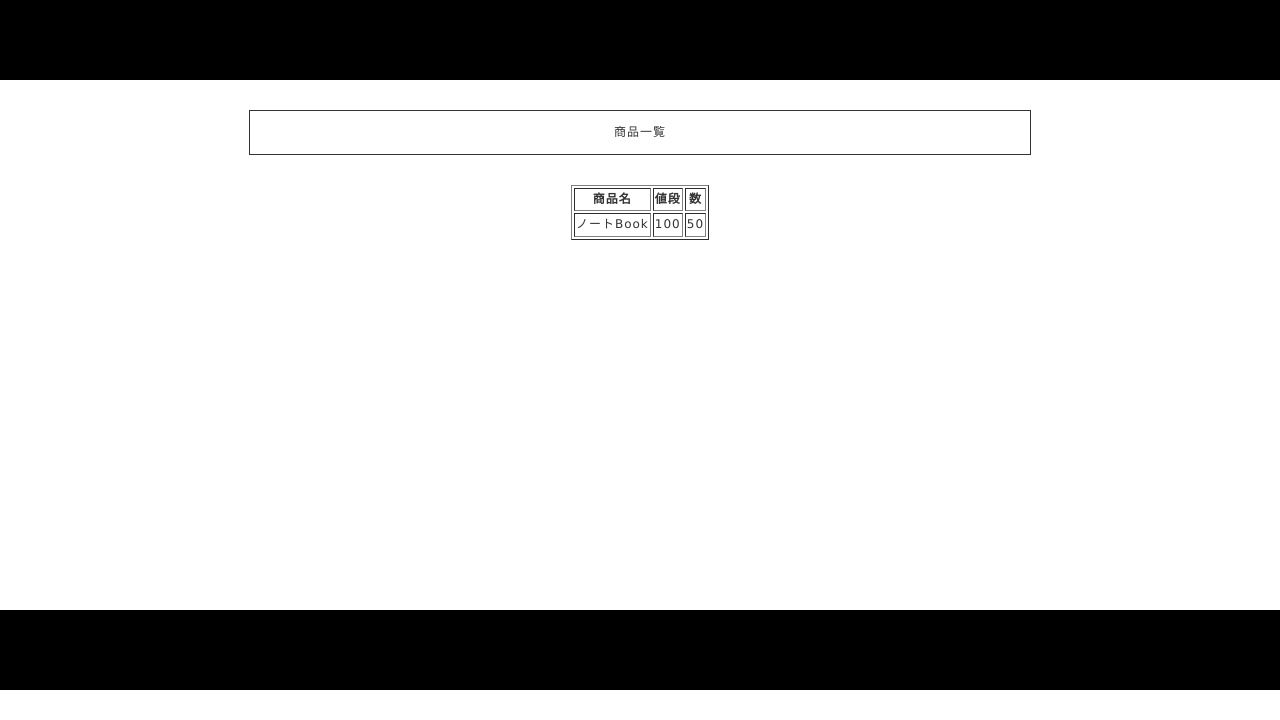
Repository: kazuki000/test
Page: http://localhost/ecsite/ItemListAction.action
An editor plug-in stored every save of this project. The page is shown before and after the next save, followed by the edit.
The browser window is 1280 px wide. The pictures show the whole page.
The page is served by Tomcat 9. Other server files are loaded and not shown. The database holds what the project's SQL file puts in it.

Above is the page before, as saved 2019-05-03 11:46:20.

### ecsite/WebContent/itemList.jsp
<%@ page language="java" contentType="text/html; charset=UTF-8"
    pageEncoding="UTF-8"%>
<%@ taglib prefix="s" uri="/struts-tags"%>
<!DOCTYPE html PUBLIC "-//W3C//DTD HTML 4.01 Transitional//EN" "http://www.w3.org/TR/html4/loose.dtd">
<html>
<head>
	<meta http-equiv="Content-Type" content="text/html; charset=UTF-8">
	<meta http-equiv="Content-Style-Type" content="text/css"/>
	<meta http-equiv="Content-Script-Type" content="text/javascript"/>
	<meta http-equiv="imagetoolbar" content="no"/>
	<meta http-equiv="description" content=""/>
	<meta http-equiv="keywords" content=""/>
	<title>Insert title here</title>

	<style type="text/css">

	body{
		margin:0;
		padding:0;
		line-height:1.6;
		letter-spacing:1px;
		font-family:Verdana,Helvetica,sans-serif;
		font-size:12px;
		color:#333;
		backgroun:#fff;
	}

	table{
		text-align:center;
		margin:0 auto;
	}

	#top{
		width:780px;
		margin:30px auto;
		border:1px solid #333;
	}

	#header{
		widht:100%;
		height:80px;
		background-color:black;
	}

	#main{
		width:100%;
		height:500px;
		text-align:center;
	}

	#footer{
		width:100%;
		height:80px;
		background-color:black;
	}

	</style>

</head>
<body>
	<div id="header">
			<div id="pr">
			</div>
	</div>
	<div id="main">
			<div id="top">
					<p>商品一覧</p>
			</div>
			<div>
				<table border="1">
						<tr>
							<th>商品名</th>
							<th>値段</th>
							<th>数</th>
						</tr>
						<s:iterator value="itemInfoDTO">
							<tr>
								<td><s:property value="itemName"/></td>
								<td><s:property value="itemPrice"/></td>
								<td><s:property value="itemStock"/></td>
							</tr>
						</s:iterator>
					</table>
				</div>
			</div>
			<div id="footer">
					<div id="pr">
					</div>
			</div>


</body>
</html>

### ecsite/src/com/internousdev/ecsite/dto/ItemInfoDTO.java
package com.internousdev.ecsite.dto;

public class ItemInfoDTO {

	private String itemName;
	private String itemPrice;
	private String itemStock;

	public String getItemName(){
		return itemName;
	}

	public void setItemName(String itemName){
		this.itemName=itemName;
	}

	public String getItemPrice(){
		return itemPrice;
	}

	public void setItemPrice(String itemPrice){
		this.itemPrice=itemPrice;
	}

	public String getItemStock(){
		return itemStock;
	}

	public void setItemStock(String itemStock){
		this.itemStock=itemStock;
	}


}

### ecsite/src/com/internousdev/ecsite/dao/ItemListDAO.java
package com.internousdev.ecsite.dao;

import java.sql.Connection;
import java.sql.PreparedStatement;
import java.sql.ResultSet;
import java.sql.SQLException;
import java.util.ArrayList;

import com.internousdev.ecsite.dto.ItemInfoDTO;
import com.internousdev.ecsite.util.DBConnector;


public class ItemListDAO {

	ArrayList<ItemInfoDTO> itemInfoDTO=new ArrayList<ItemInfoDTO>();

	DBConnector dbconnector=new DBConnector();
	Connection connection=dbconnector.getConnection();

	public ArrayList<ItemInfoDTO> getItemInfo() throws SQLException{

	String sql="SELECT * FROM item_info_transaction ";

	try{
		PreparedStatement preparedStatement=connection.prepareStatement(sql);
		ResultSet resultSet=preparedStatement.executeQuery();

		while(resultSet.next()){
			ItemInfoDTO dto=new ItemInfoDTO();
			dto.setItemName(resultSet.getString("item_name"));
			dto.setItemPrice(resultSet.getString("item_price"));
			dto.setItemStock(resultSet.getString("item_stock"));
			itemInfoDTO.add(dto);
		}


	}catch(Exception e){
		e.printStackTrace();
	}finally{
		connection.close();
	}
	return itemInfoDTO;


	}
}

### ecsite/src/com/internousdev/ecsite/util/DBConnector.java
package com.internousdev.ecsite.util;

import java.sql.Connection;
import java.sql.DriverManager;
import java.sql.SQLException;

public class DBConnector {
	private static String driverName="com.mysql.jdbc.Driver";
	private static String url="jdbc:mysql://localhost/ecsite";

	private static String user="root";
	private static String password="mysql";

	public Connection getConnection(){
		Connection con=null;

	try{
		Class.forName(driverName);
		con=(Connection)DriverManager.getConnection(url,user,password);

	}catch(ClassNotFoundException e){
		e.printStackTrace();
	}catch(SQLException e){
		e.printStackTrace();
	}

	return con;
	}

}

### ecsite/sql/ecsite.sql (the tables this page reads)
create table item_info_transaction(
  id int not null primary key auto_increment,
  item_name varchar(30),
  item_price int,
  item_stock int,
  insert_date datetime,
  update_date datetime
);

INSERT INTO item_info_transaction(item_name, item_price, item_stock) VALUES("ノートBook", 100,50);

After the next save:
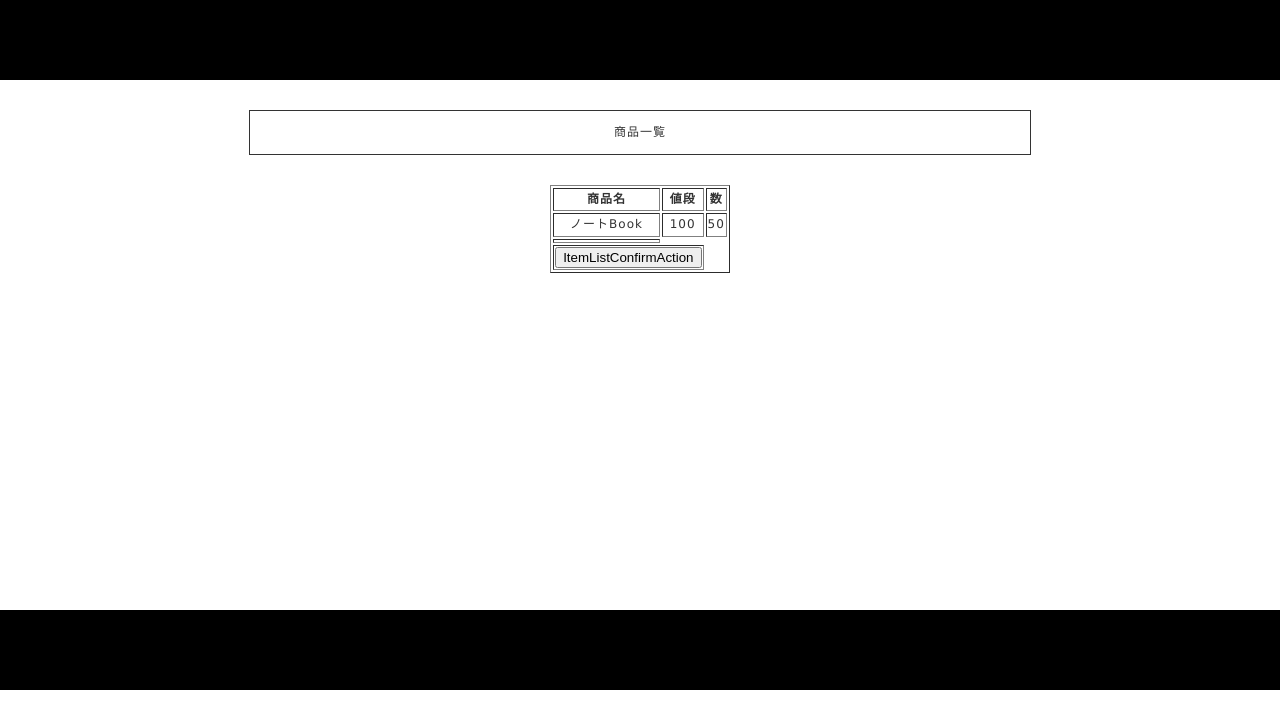
Saved 14 min 32 s later.
--- a/ecsite/WebContent/itemList.jsp
+++ b/ecsite/WebContent/itemList.jsp
@@ -80,7 +80,11 @@
 								<td><s:property value="itemStock"/></td>
 							</tr>
 						</s:iterator>
+						<tr>
+							<td><s:submit value="ItemListConfirmAction"/></td>
+						</tr>
 					</table>
+
 				</div>
 			</div>
 			<div id="footer">
